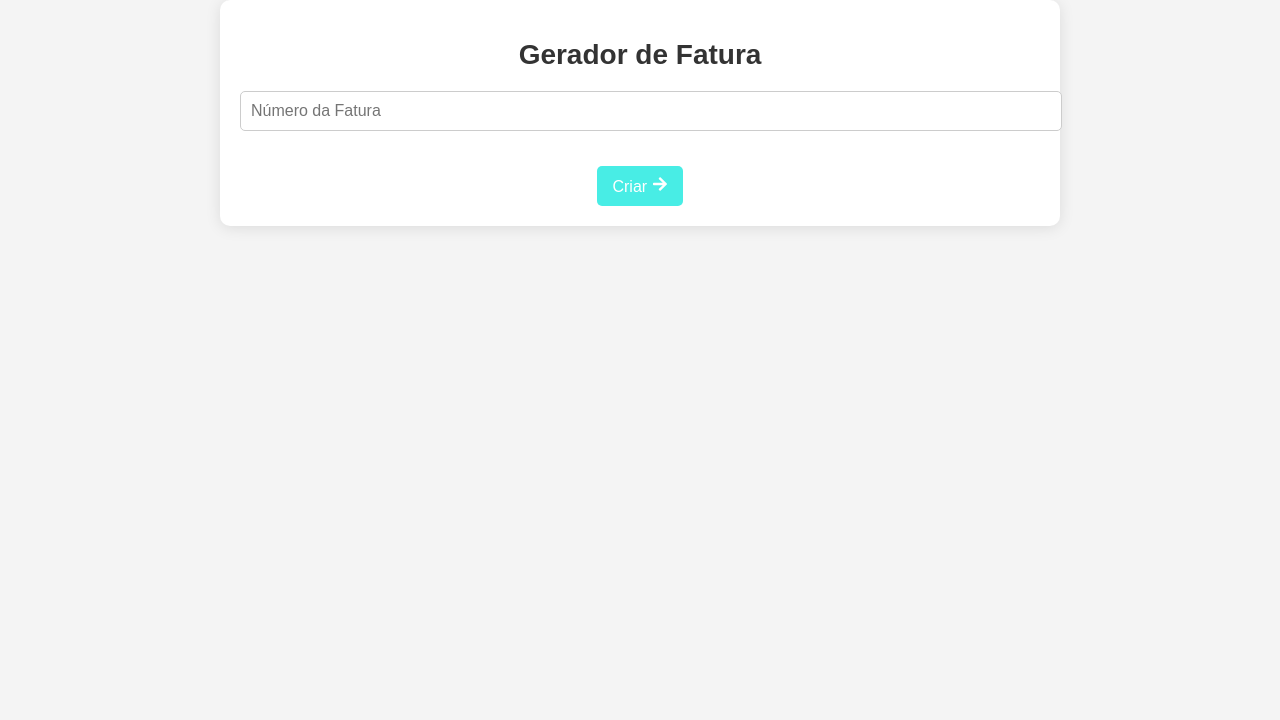
Repository: thmedu/Gerador-de-Faturas
Page: /
The author's editor kept a copy of each file at every save. The page is drawn from the files as they stood at one save, then again after the next save.
The browser window is 1280 px wide. The pictures show the whole page.
The project was rebuilt for these pictures with package versions that can differ from the ones it lists, and the page was loaded fresh each time. Also part of the build but not shown: vite.config.js, src/Componete/Template.jsx.

Above is the page before, as saved 2024-07-16 19:10:09.

After the next save:
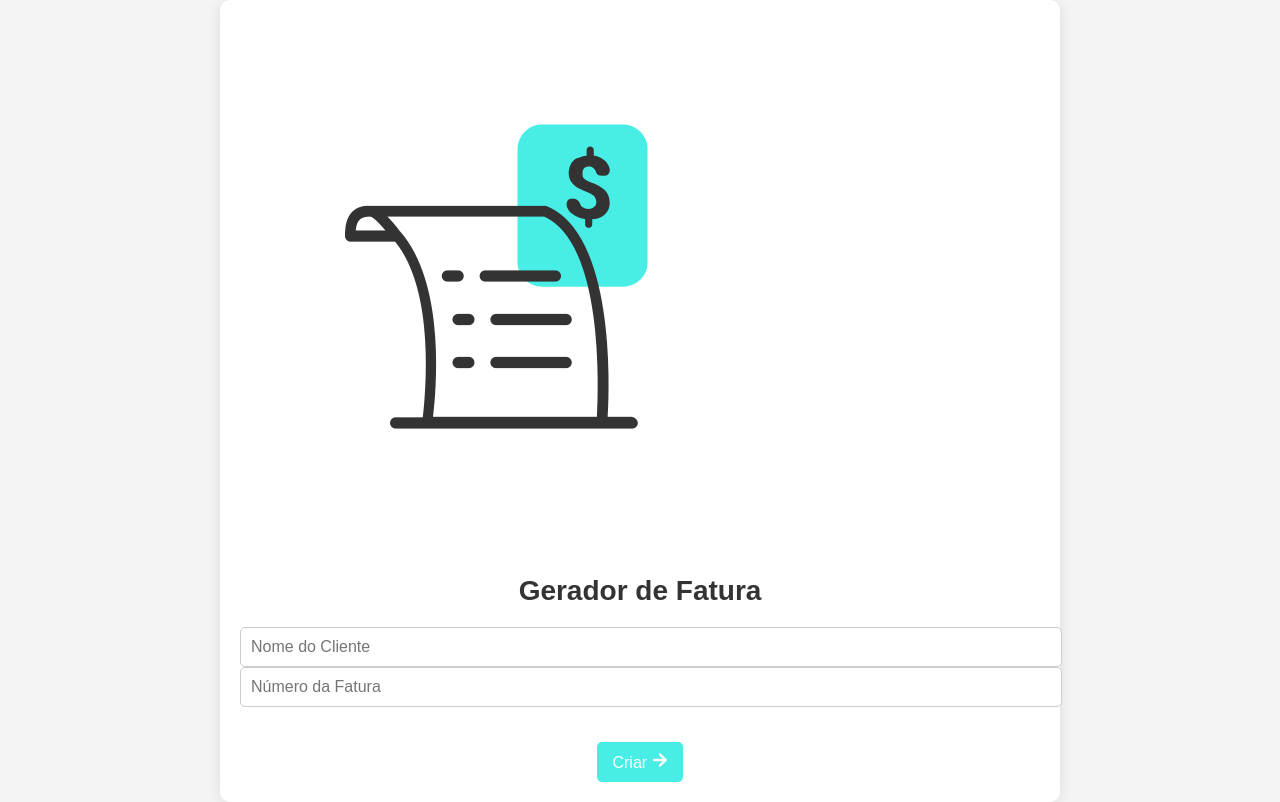
Saved 93 s later.
--- a/src/App.jsx
+++ b/src/App.jsx
@@ -3,9 +3,11 @@ import './App.css';
 import TemplatePdf from './Componete/Template';
 import { FaArrowRight } from 'react-icons/fa';
 import { toast } from 'react-toastify';
+import logo from '/logo.png';
 
 function App() {
   const [numeroDaFatura, setNumeroDaFatura] = useState('');
+  const [nomeCliente, setNomeCliente] = useState('');
   const [data, setData] = useState('');
   const [visualizar, setVisualizar] = useState(true);
   const [loading, setLoading] = useState(false);
@@ -23,6 +25,10 @@ function App() {
       toast.error('Por favor, insira um número de fatura válido.');
       return;
     }
+    if (!nomeCliente) {
+      toast.error('Por favor, insira o nome do cliente.');
+      return;
+    }
     setLoading(true);
     setTimeout(() => {
       toast.success('Fatura criada com sucesso!');
@@ -35,9 +41,17 @@ function App() {
     <>
       {visualizar ? (
         <div className="container">
+          <img src={logo} alt="Logo" className="logo" />
           <h1 className="title">Gerador de Fatura</h1>
           <div className="form">
             <div className="inputs">
+              <input
+                type="text"
+                placeholder="Nome do Cliente"
+                value={nomeCliente}
+                onChange={(e) => setNomeCliente(e.target.value)}
+                disabled={loading} // Desabilita o input durante o carregamento
+              />
               <input
                 type="text"
                 placeholder="Número da Fatura"
@@ -54,7 +68,11 @@ function App() {
           </div>
         </div>
       ) : (
-        <TemplatePdf NumeroDaFatura={numeroDaFatura} data={data} />
+        <TemplatePdf
+          NumeroDaFatura={numeroDaFatura}
+          data={data}
+          nomeCliente={nomeCliente}
+        />
       )}
     </>
   );
